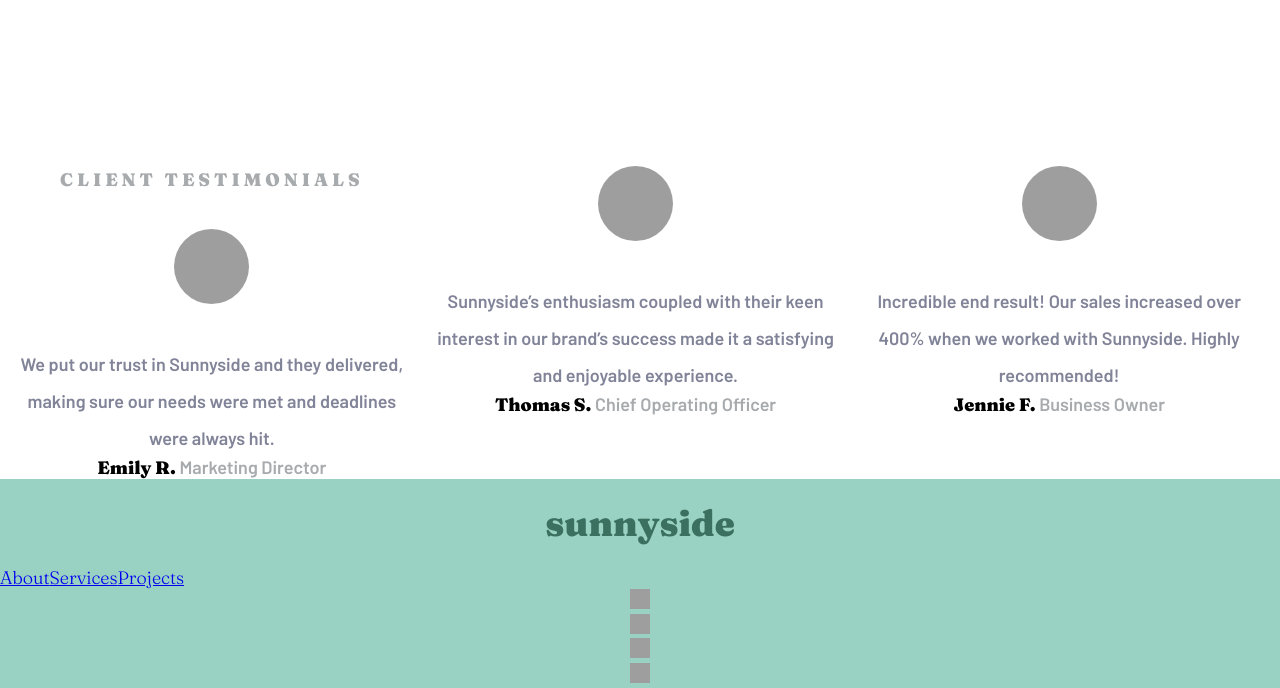
Repository: Roshanell/Sunny-Side-Agency
Page: index.html
The author's editor kept a copy of each file at every save. The page is drawn from the files as they stood at one save, then again after a run of saves.
The browser window is 1280 px wide. The pictures show the part of the page from y = 2148 to 2836 px (the page is 2836 px tall before and 2762 px after).
Pictures or frames that could not be fetched are drawn as grey boxes. Some web libraries are served in a nearby version.

Above is the page before, as saved 2022-07-06 12:07:45.

### index.html
<!doctype html>
<html lang="en">

  <head>
    <meta charset="utf-8">
    <meta name="viewport" content="width=device-width, initial-scale=1">
    <title>Sunny Side Agency</title>
    <link href="https://fonts.googleapis.com/icon?family=Material+Icons" rel="stylesheet">
    <link rel="stylesheet" href="css/style.css">
    <link
      href="https://fonts.googleapis.com/css2?family=Barlow:wght@600&family=Fraunces:opsz,wght@9..144,300;9..144,700;9..144,900&display=swap"
      rel="stylesheet">
      <link rel="stylesheet" href="/css/normalize.css">
    <script src="https://kit.fontawesome.com/48e7997292.js" crossorigin="anonymous"></script>
  </head>

  <body>
    <div class="container">
      <div class="homePage">
        <ul class="menu">
          <li><a class="menuItem" href="#">Home</a></li>
          <li><a class="menuItem" href="#">Profile</a></li>
          <li><a class="menuItem" href="#">About</a></li>
          <li><a class="menuItem" href="#">Contacts</a></li>
        </ul>
        <button class="hamburger">
          <i class="menuIcon material-icons">menu</i>
          <i class="closeIcon material-icons">close</i>
        </button>
        <div class="header">
          <h1>sunnyside</h1>
        </div>
        <div class="homeContent">
          <h2 class="homeSlogan">We are creatives</h2>
          <i class="fa-solid fa-arrow-down-long fa-4x"></i>

        </div>
      </div>

      <div class="eggArea">

      </div>

      <div class="aboutUsInfo" id="aboutUsInfo">
        <div class="infoContainer">
          <h3>
            Transform your brand
          </h3>
          <p>We are a full-service creative agenc grow fast. Engage your clients through
            compelling visuals that do most of the marketing for you. </p>
          <span><a href="#">Learn More</a></span>
        </div>
      </div>

      <div class="cupImage">
      </div>

      <div class="standOutInfo" id="standOutInfo">
        <div class="standOutContainer">
          <h3>Stand out to the right audience</h3>
          <p> Using a collaborative formula of designers, researchers,
            photographers,videographers, and copywriters, we’ll build and extend your brand in digital places. </p>

          <span class="learnMorePink"><a href="#">Learn More</a></span>
        </div>
      </div>
      <div class="graphicDesign">
        <div class="design-photography">
          <h3> Graphic Design</h3>
          <p class="pGraphics" id="pDesign">
            Great design makes you memorable. We deliver artwork that underscores your brand message and captures
            potential clients’ attention. </p>
        </div>
      </div>
      <div class="orangeImage">
        <div class="design-photography">
          <h3>Photography</h3>
          <p class="pGraphics"> Increase your credibility by getting the most stunning, high-quality photos that improve
            your business
            image. </p>
        </div>
      </div>
      <div class="testimonialOne">
        <h4>Client Testimonials</h4>
        <div class="user one"></div>
        <p class="review">We put our trust in Sunnyside and they delivered, making sure our needs were met and
          deadlines
          were always
          hit.</p>
        <span class="name">Emily R.</span>
        <span class="occupation">Marketing Director</span>
      </div>
      <div class="testimonialTwo">
        <div class="user two"></div>
        <p class="review">Sunnyside’s enthusiasm coupled with their keen interest in our brand’s success made it a
          satisfying and
          enjoyable experience.</p>
        <span class="name">Thomas S.</span>
        <span span class="occupation">Chief Operating Officer</span>
      </div>
      <div class="testimonialThree">
        <div class="user three"></div>
        <p class="review">Incredible end result! Our sales increased over 400% when we worked with Sunnyside. Highly
          recommended!</p>
        <span class="name">Jennie F.</span>
        <span span class="occupation">Business Owner</span>
      </div>
      <div class="fourImgs" id="fourImgs">
        <div class="imgOne">
        </div>
        <div class="imgTwo">
        </div>
        <div class="imgThree">
        </div>
        <div class="imgFour">
        </div>
      </div>

      <div class="footer">
        <h1>sunnyside</h1>
        <div class="moreInformation">
          <a href="index.html#aboutUsInfo"><span> About</span></a>
          <a href="index.html#standOutInfo"><span>Services</span> </a>
          <a href="index.html#fourImgs"><span>Projects</span></a>
        </div>
        <div class="socialMediaHandles">
          <div>
            <img src="https://i.imgur.com/uHHCF8A.png" alt="Facebook Icon" height="20px" width="20px">
          </div>
          <div>
            <img src="https://i.imgur.com/Fvw0N1c.png" alt="Instagram Icon" height="20px" width="20px">
          </div>
          <div>
            <img src="https://i.imgur.com/k39Bgoc.png" alt="Twitter Icon" height="20px" width="20px">
          </div>
          <div>
            <img src="https://i.imgur.com/JN1Rhal.png" alt="Pinterest Icon" height="20px" width="20px">
          </div>
        </div>
      </div>
    </div>

    <script src="main.js"></script>

  </body>

</html>

### css/style.css
/* Box Model Hack */
* {
  -moz-box-sizing: border-box;
}

/* Clear fix hack */
.clearfix:after {
  content: ".";
  display: block;
  clear: both;
  visibility: hidden;
  line-height: 0;
  height: 0;
}

.clear {
  clear: both;
}

/******************************************
/* BASE STYLES
/*******************************************/

body {
  font-size: 18px;
  font-family: "Barlow", sans-serif;
  text-align: center;
  margin: 0;
}
p {
  color: hsl(232, 10%, 55%);
  display: flex;
  justify-content: center;
  align-items: center;
  margin: 0 2%;
  line-height: 37px;
}

h1,
h2,
h3,
h4,
h5,
h6 {
  font-family: "Fraunces", serif;
  font-weight: 700;
}

h3 {
  margin-top: 10%;
  margin-bottom: 10%;
  font-size: 40px;
}

span a {
  color: black;
  text-decoration: underline yellow;
  text-decoration-thickness: 5px;
}

.learnMorePink a {
  text-decoration: underline hsl(7, 99%, 70%);
  text-decoration-thickness: 5px;
}
.learnMorePink {
  margin-top: 5%;
}
/* hamburger */

* {
  margin: 0;
  padding: 0;
  box-sizing: border-box;
}

.menuItem {
  display: block;
  margin: 2rem 4rem;
  font-size: 1.8rem;
  color: black;
  text-decoration: none;
  font-family: "Barlow", sans-serif;
  animation: fadeInUp 0.5s ease-in-out forwards;
}

.menuItem:hover {
  text-decoration: underline;
}

.hamburger {
  position: fixed;
  z-index: 100;
  top: 1rem;
  right: 1rem;
  padding: 4px;
  border: none;
  background: transparent;
  cursor: pointer;
  color: white;
}

.closeIcon {
  display: none;
}

.menu {
  position: fixed;
  transform: translateY(-100%);
  transition: transform 0.2s;
  top: 0;
  left: 0;
  right: 0;
  bottom: 40%;
  z-index: 99;
  width: 89%;
  margin-left: 5%;
  margin-top: 0%;
  background: white;
  color: black;
  list-style: none;
  padding-top: 4rem;
}

.showMenu {
  transform: translateY(0);
}

/* homepage */

.homePage {
  background-image: url("https://i.imgur.com/5owK20G.jpg");
  background-size: cover;
  height: 100vh;
  background-repeat: no-repeat;
}

.homeSlogan {
  color: white;
  font-size: 40px;
  text-transform: uppercase;
  letter-spacing: 5px;
}

.fa-solid {
  color: white;
}

.fa-arrow-down-long {
  margin-top: 10%;
}
/* About Us */
.aboutUsInfo {
  background-color: white;
}
.aboutUsInfo h3 {
  font-size: 40px;
}
/* testimonials */
/* user profile images */
.user {
  display: inline-block;
  width: 75px;
  height: 75px;
  border-radius: 50%;
  margin: 9%;
  background-repeat: no-repeat;
  background-position: center center;
  background-size: cover;
}

.one {
  background-image: url("https://i.imgur.com/0PxR98W.jpg");
}

.two {
  background-image: url("https://i.imgur.com/01xgLPA.jpg");
}

.three {
  background-image: url("https://i.imgur.com/YJGOYO1.jpg");
}

.testimonialOne h4 {
  text-transform: uppercase;
  color: hsl(210, 4%, 67%);
  letter-spacing: 4px;
  /* font-size: 100%; */
  margin-top: 10%;
  font-weight: 900;
}

.occupation {
  color: hsl(210, 4%, 67%);
  margin-bottom: 5%;
  margin-top: 5%;
}

.name {
  font-family: "Fraunces", serif;
  margin-top: 5%;
  font-weight: 900;
}

/* background Images */
.pGraphics {
  margin-bottom: 20%;
}

/* main information */
.cupImage {
  /* border: solid 1px pink; */
  /* height: 40vh; */
  grid-area: cupImage;
  background-image: url("https://i.imgur.com/TEIjlB8.jpg");
  background-size: cover;
  background-position: center;
}

.eggArea {
  /* border: solid 1px purple; */
  grid-area: eggArea;
  background-image: url("https://i.imgur.com/Ic0Kukn.jpg");
  /* height: 40vh; */
  background-size: cover;
  background-position: center;
}

/******************************************
/* LAYOUT
/*******************************************/

/******************************************
/* ADDITIONAL STYLES
/*******************************************/

@media all and (min-width: 1024px) and (max-width: 1480px) {
  .homePage,
  .homeContent {
    /* border: 1px solid black; */
  }

  .header h1 {
    color: white;
  }
  h3 {
    margin-bottom: 3%;
    font-size: 40px;
  }

  /* .menuItem{
    display: inline;
  } */
  .eggArea {
    /* border: 1px solid red; */
    background-image: url("https://i.imgur.com/ylwqnFI.jpg");
    height: 60vh;
    width: 49vw;
    float: right;
  }
  .aboutUsInfo {
    /* border: 1px solid red; */
    height: 60vh;
    width: 49vw;
    float: left;
  }

  .infoContainer {
    margin: auto;
    width: 60%;

    text-align: justify;
  }

  .infoContainer h3 {
    text-align: left;
    width: 82%;
  }

  .cupImage {
    float: left;
    height: 60vh;
    width: 51vw;
    background-image: url("https://i.imgur.com/9A6seJs.jpg");
    /* border: 1px solid red; */
  }
  .standOutInfo {
    float: right;
    height: 60vh;
    width: 47vw;
    /* border: 1px solid red; */
  }

  .standOutContainer {
    width: 70%;
    margin: auto;
    text-align: left;
  }
  .graphicDesign {
    background-image: url("https://i.imgur.com/ypGUgU9.jpg");
    float: left;
    height: 75vh;
    width: 49vw;
    /* border: 1px solid green; */
    background-size: cover;
    color: hsl(167, 40%, 24%);
  }

  .orangeImage {
    float: right;
    background-image: url("https://i.imgur.com/RiEjNfa.jpg");
    height: 75vh;
    width: 49vw;
    /* border: 1px solid blue; */
    background-size: cover;
  }
  .design-photography {
    margin: 20%;
    margin-top: 45%;
  }
  .reviewGroup {
    display: flex;
  }
  .testimonialOne {
    float: left;
    height: fit-content;
    width: 33.1%;
    margin-top: 10%;
    /* border: 1px solid pink; */
  }

  .testimonialTwo {
    float: left;
    height: fit-content;
    width: 33.1%;
    margin-top: 10%;
    /* border: 1px solid pink; */
  }

  .testimonialThree {
    float: left;
    height: fit-content;
    width: 33.1%;
    margin-top: 10%;
    /* border: 1px solid pink; */
  }

  .footer {
    float: left;
    width: 100%;
    font-family: "Fraunces", serif;
    background: #99d2c2;
    color: hsl(168, 34%, 41%);
    /* border: 1px solid pink; */
  }
  .footer h1 {
    color: #3b6f5f;
    font-weight: 900;
    font-family: "Fraunces", serif;
  }
  .moreInformation {
    display: flex;
  }
  .pGraphics {
    color: hsl(167, 40%, 24%);
    font-weight: 700;
    font-size: 18px;
  }
  .orangeImage p,
  .orangeImage h3 {
    color: hsl(198, 62%, 26%);
  }
}

/* mobile view */

@media all and (min-width: 375px) and (max-width: 1023px) {
  .container {
    /* border: solid 1px blue; */
    display: grid;
    grid-template-columns: 1fr;
    grid-template-rows: 1.5fr 1fr 1fr 1fr 1fr 1.5fr 1.4fr 1fr 1fr 1fr 1fr;
    gap: 0px 0px;
    grid-auto-flow: column dense;
    grid-template-areas:
      "homePage"
      "eggArea"
      "aboutUsInfo"
      "cupImage"
      "standOutInfo"
      "graphicDesign"
      "orangeImage"
      "testimonialOne"
      "testimonialTwo"
      "testimonialThree"
      "fourImgs"
      "footer";
  }

  .homePage {
    background-image: url("https://i.imgur.com/HUEIjty.jpg");
    background-size: cover;
    /* height: 100vh; */
    background-repeat: no-repeat;
  }

  .homeSlogan {
    color: white;
    font-size: 40px;
    text-transform: uppercase;
    letter-spacing: 5px;
  }

  .fa-solid {
    color: white;
  }

  .fa-arrow-down-long {
    margin-top: 10%;
  }
  /* About Us */
  .aboutUsInfo {
    background-color: white;
  }
  .aboutUsInfo h3 {
    font-size: 40px;
  }
  /* testimonials */
  /* user profile images */
  .user {
    display: inline-block;
    width: 75px;
    height: 75px;
    border-radius: 50%;
    margin: 9%;
    background-repeat: no-repeat;
    background-position: center center;
    background-size: cover;
  }

  .one {
    background-image: url("https://i.imgur.com/0PxR98W.jpg");
  }

  .two {
    background-image: url("https://i.imgur.com/01xgLPA.jpg");
  }

  .three {
    background-image: url("https://i.imgur.com/YJGOYO1.jpg");
  }

  .testimonialOne h4 {
    text-transform: uppercase;
    color: hsl(210, 4%, 67%);
    letter-spacing: 4px;
    /* font-size: 100%; */
    margin-top: 10%;
    font-weight: 900;
  }

  .occupation {
    color: hsl(210, 4%, 67%);
    margin-bottom: 5%;
    margin-top: 5%;
  }

  .name {
    font-family: "Fraunces", serif;
    margin-top: 5%;
    font-weight: 900;
  }

  /* background Images */
  .pGraphics {
    margin-bottom: 20%;
  }

  /******************************************
  /* LAYOUT
  /*******************************************/
  .container {
    /* border: solid 1px blue; */
    display: grid;
    grid-template-columns: 1fr;
    grid-template-rows: 1.5fr 1fr 1fr 1fr 1fr 1.5fr 1.4fr 1fr 1fr 1fr 1fr;
    gap: 0px 0px;
    grid-auto-flow: column dense;
    grid-template-areas:
      "homePage"
      "eggArea"
      "aboutUsInfo"
      "cupImage"
      "standOutInfo"
      "graphicDesign"
      "orangeImage"
      "testimonialOne"
      "testimonialTwo"
      "testimonialThree"
      "fourImgs"
      "footer";
  }

  .homePage {
    /* border: solid 1px red; */
  }

  .header {
    display: flex;
    /* border: solid 1px orange; */
    grid-area: header;
    color: white;
    margin-left: 5%;
    margin-top: 2%;
  }

  .homeContent {
    /* border: solid 1px yellow; */
    grid-area: homeContent;
    margin-top: 15%;
  }

  .eggArea {
    /* border: solid 1px purple; */
    grid-area: eggArea;
    background-image: url("https://i.imgur.com/Ic0Kukn.jpg");
    /* height: 40vh; */
    background-size: cover;
    background-position: center;
  }

  .aboutUsInfo {
    /* border: solid 1px green; */
    /* height: 40vh; */
    grid-area: aboutUsInfo;
  }

  .cupImage {
    /* border: solid 1px pink; */
    /* height: 40vh; */
    grid-area: cupImage;
    background-image: url("https://i.imgur.com/TEIjlB8.jpg");
    background-size: cover;
    background-position: center;
  }

  .standOutInfo {
    /* border: solid 1px black; */
    grid-area: standOutInfo;
    display: flex;
    flex-direction: column;
    font-weight: 900;
    /* height: 40vh; */
  }

  .graphicDesign {
    /* border: solid 1px brown; */
    grid-area: graphicDesign;
    background-image: url("https://i.imgur.com/ceaL6cl.jpg");
    background-size: cover;
    display: flex;
    flex-direction: column;
    flex-wrap: nowrap;
    align-content: center;
    justify-content: flex-end;
    align-items: center;
    /* height: 40vh; */
  }

  .graphicDesign h3 {
    color: hsl(167, 40%, 24%);
    font-weight: 900;
  }
  #pDesign {
    color: hsl(167, 40%, 24%);
    font-weight: 700;
    font-size: 18px;
  }
  .orangeImage {
    /* border: solid 1px gray; */
    grid-area: orangeImage;
    background-image: url("https://i.imgur.com/5lTcoMD.jpg");
    background-size: cover;
    display: flex;
    flex-direction: column;
    flex-wrap: nowrap;
    align-content: center;
    justify-content: flex-end;
    align-items: center;
  }
  /* height: 40vh; */

  .orangeImage h3 {
    color: hsl(198, 62%, 26%);
  }
  .orangeImage p {
    color: hsl(198, 62%, 26%);
  }

  /* testimonials */

  .testimonialOne {
    /* border: solid 1px fuchsia; */
    grid-area: testimonialOne;
    /* height: 33vh; */
    display: flex;
    flex-direction: column;
    justify-content: center;
    align-items: center;
  }

  .testimonialThree {
    /* border: solid 1px lightblue; */
    grid-area: testimonialThree;
    display: flex;
    flex-direction: column;
    justify-content: center;
    align-items: center;
    /* height: 33vh; */
  }

  .testimonialTwo {
    /* border: solid 1px silver; */
    display: flex;
    flex-direction: column;
    justify-content: center;
    align-items: center;
    grid-area: testimonialTwo;

    /* height: 33vh; */
  }

  .fourImgs {
    /* border: solid 1px maroon; */
    display: grid;
    grid-template-columns: 1fr 1fr;
    grid-template-rows: 1fr 1fr;
    gap: 0px 0px;
    grid-template-areas:
      "imgOne imgThree"
      "imgTwo imgFour";
    grid-area: fourImgs;
    /* height: 40vh; */
  }

  .imgOne {
    /* border: solid 1px yellowgreen; */
    background-image: url("https://i.imgur.com/g7g3pHI.jpg");
    background-size: cover;
  }
  .imgTwo {
    /* border: solid 1px rgb(228, 122, 199); */
    background-image: url("https://i.imgur.com/xXvVali.jpg");
    background-size: cover;
  }
  .imgThree {
    /* border: solid 1px rgb(158, 207, 232); */
    background-image: url("https://i.imgur.com/w22eeJU.jpg");
    background-size: cover;
  }
  .imgFour {
    /* border: solid 1px rgb(205, 122, 50); */
    background-image: url("https://i.imgur.com/hMYShPr.jpg");
    background-size: cover;
  }

  .review {
    font-size: 20px;
  }
  /* Fix the footer */
  .footer {
    background: #99d2c2;
    color: hsl(168, 34%, 41%);
  }
  .footer h1 {
    color: #3b6f5f;
    font-weight: 900;
    font-family: "Fraunces", serif;
  }

  .moreInformation {
    display: flex;
    flex-direction: row;
    justify-content: space-evenly;
    margin: 10%;
  }

  .socialMediaHandles {
    width: 65%;
    display: flex;
    justify-content: space-around;
    margin: 20%;
  }

  .footer h1 {
    margin-top: 10%;
  }

  .moreInformation a {
    color: #3b6f5f;
    text-decoration: none;
  }
}

### main.js
const menu = document.querySelector(".menu");
const menuItems = document.querySelectorAll(".menuItem");
const hamburger = document.querySelector(".hamburger");
const closeIcon = document.querySelector(".closeIcon");
const menuIcon = document.querySelector(".menuIcon");

function toggleMenu() {
  if (menu.classList.contains("showMenu")) {
    menu.classList.remove("showMenu");
    closeIcon.style.display = "none";
    menuIcon.style.display = "block";
  } else {
    menu.classList.add("showMenu");
    closeIcon.style.display = "block";
    menuIcon.style.display = "none";
  }
}

hamburger.addEventListener("click", toggleMenu);

menuItems.forEach(function (menuItem) {
  menuItem.addEventListener("click", toggleMenu);
});

Loaded but not shown: css/normalize.css (library)

After the next 4 saves:
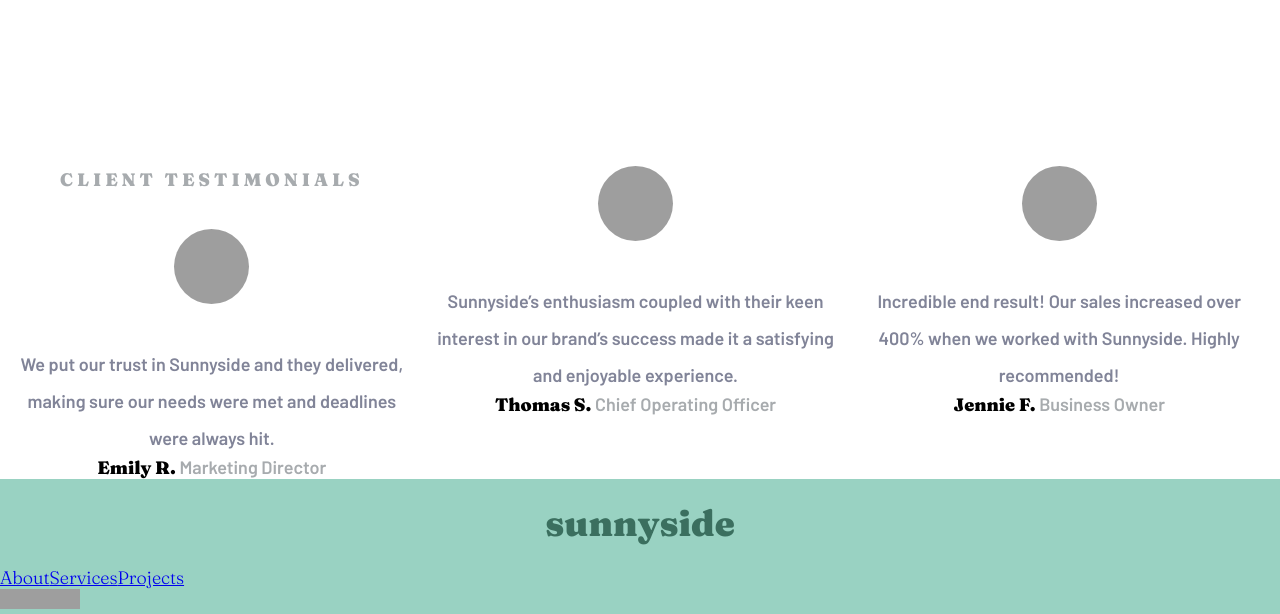
The 4 saves are shown as one change because they came seconds apart.
The last was saved 71 s later.
--- a/css/style.css
+++ b/css/style.css
@@ -358,6 +358,10 @@ span a {
     font-family: "Fraunces", serif;
   }
   .moreInformation {
+    display: flex;
+  }
+
+  .socialMediaHandles {
     display: flex;
   }
   .pGraphics {
